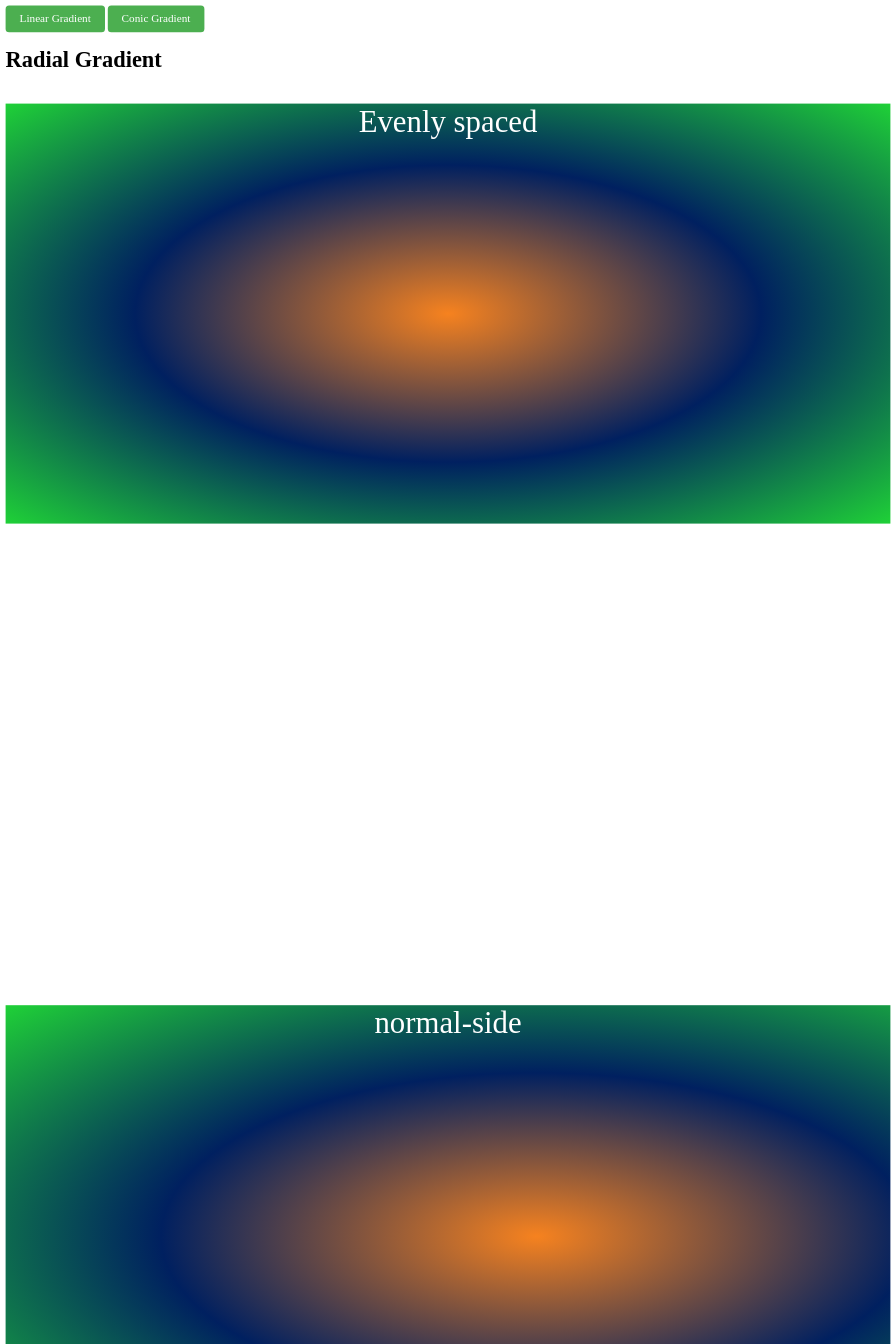
Repository: Pema-yangki/Css
Page: color.html
An editor plug-in stored every save of this project. The page is shown before and after the next save, followed by the edit.
The browser window is 1280 px wide. The pictures show the part of the page from y = 0 to 1920 px (the page is 4620 px tall), at 70% of full size.

Above is the page before, as saved 2024-03-27 10:25:02.

After the next save:
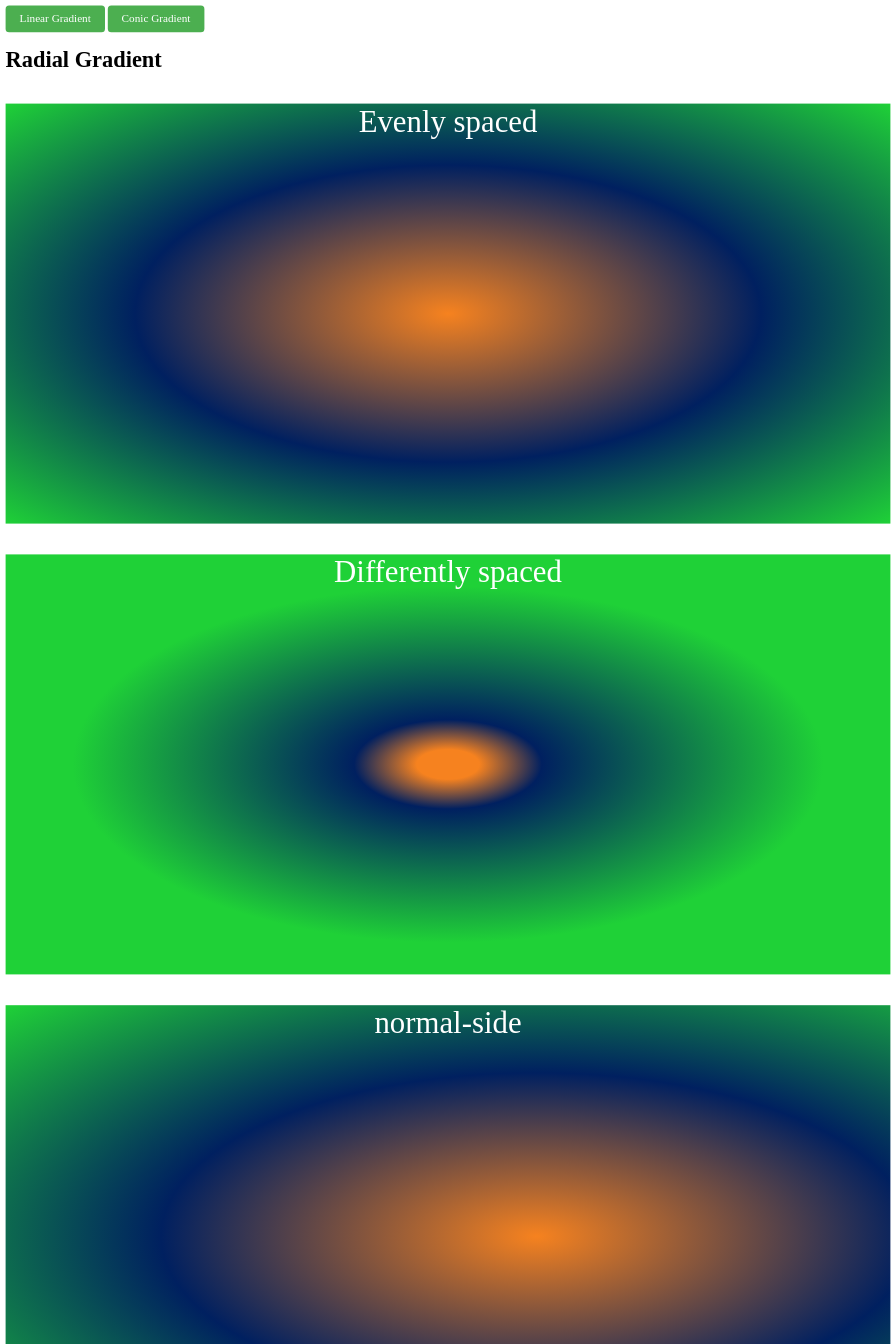
Saved 7 s later.
--- a/color.html
+++ b/color.html
@@ -71,7 +71,7 @@
 }
 .differentlyspaced {
     background-image: radial-gradient(#f6821f
-5%,#002060 1s5%,#1fd137 60%);
+5%,#002060 15%,#1fd137 60%);
 height: 600px;
 
 }
